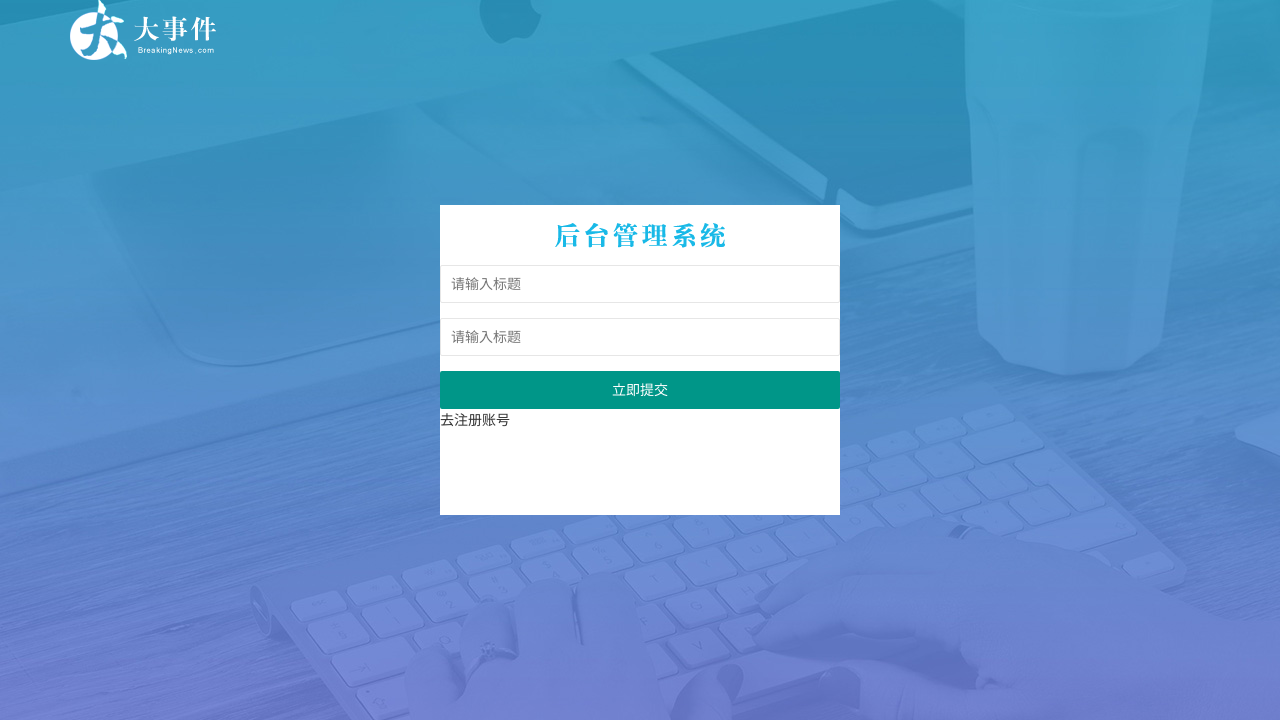
Repository: lithronmatic/web_bigbigevent
Page: login.html
An editor plug-in stored every save of this project. The page is shown before and after the next save, followed by the edit.
The browser window is 1280 px wide. The pictures show the whole page.

Above is the page before, as saved 2022-08-23 12:07:34.

### login.html
<!DOCTYPE html>
<html lang="en">

<head>
    <meta charset="UTF-8">
    <meta http-equiv="X-UA-Compatible" content="IE=edge">
    <meta name="viewport" content="width=device-width, initial-scale=1.0">
    <title>大事件-登录/注册</title>
    <link rel="stylesheet" href="/assets/lib/layui/css/layui.css">
    <link rel="stylesheet" href="./assets/css/login.css">
</head>

<body>
    <!-- 头部的logo区域 -->
    <div class="layui-main">
        <img src="./assets/images/logo.png" alt="">
    </div>

    <!-- 登录注册区域 -->
    <div class="loginAndRegBox">
        <div class="title-box"></div>
        <!-- 登录的div -->
        <div class="login-box">
            <!-- 登录的表单 -->
            <form class="layui-form" action="">
                <!-- 用户名 -->
                <div class="layui-form-item">
                    <input type="text" name="title" required lay-verify="required" placeholder="请输入标题"
                        autocomplete="off" class="layui-input">
                </div>
                <!-- 密码 -->
                <div class="layui-form-item">
                    <input type="text" name="title" required lay-verify="required" placeholder="请输入标题"
                        autocomplete="off" class="layui-input">
                </div>
                <!-- 登录按钮 -->
                <div>
                    <button class="layui-btn layui-btn-fluid" lay-submit lay-filter="formDemo">立即提交</button>
                </div>
            </form>
            <a href="javascript:;" id="link_reg">去注册账号</a>
        </div>
        <!-- 注册的div -->
        <div class="reg-box">
            <a href="javascript:;" id="link_login">去登录</a>
        </div>
    </div>

    <!-- 导入jq -->
    <script src="./assets/lib/jquery.js"></script>
    <!-- 导入自己的js -->
    <script src="./assets/js/login.js"></script>
</body>

</html>

### assets/css/login.css
/* html,body{
    margin:0;
    padding: 0;
    height:100%;
    width:100%;
    background: url(../images/login_bg.jpg) no-repeat center;
    background-size: cover;
}

.loginAndRegBox{
    width:400px;
    height: 310px;
    background-color: #fff;
    position:absolute;
    top:50%;
    left:50%;
    transform: translate(-50%,-50%);
}

.title-box{
    height:60px;
    background: url(../images/login_title.png) no-repeat center;
}

.reg-box{
    display: none;
}

.layui-form{
    padding: 0 30px;
}
.links{
    display: flex;
    justify-content: flex-end;
}
.links a{
    font-size: 12px;
}

.layui-form-item{
    position:relative;
}
.layui-icon{
    position: absolute;
    top:10px;
    left:10px;
}
.layui-input{
    padding-left:32px;
} */

html,body{
    padding: 0;
    margin: 0;
    width:100%;
    height:100%;
    background:url(../images/login_bg.jpg) no-repeat center;
    background-size: cover;
}
.loginAndRegBox{
    position:absolute;
    left:50%;
    top:50%;
    transform: translate(-50%,-50%);
    width:400px;
    height:310px;
    background-color: white;
}
.title-box{
    height:60px;
    background: url(../images/login_title.png) no-repeat center;
}
.reg-box{
    display: none;
}

### assets/js/login.js
// $(function(){
//     // 点击"去注册账号"的链接
//     $("#link_reg").on("click",function(){
//         $(".login-box").hide();
//         $(".reg-box").show();
//     });

//     // 点击"去登录"的链接
//     $("#link_login").on("click",function(){
//         $(".login-box").show();
//         $(".reg-box").hide();
//     })

//     // 从layui中获取form对象
//     var form = layui.form;
//     // 从layui中获取layer对象
//     var layer = layui.layer;
//     // 通过form.verify()函数自定义校验规则
//     form.verify({
//         // 自定义pwd校验规则
//         pwd: [
//             /^[\S]{6,12}$/
//             ,'密码必须6到12位，且不能出现空格'
//           ],
//         //   校验再次确认密码的规则
//         repwd:function(value,item){//value是表单的值
//             var pwd = $(".reg-box input[name=password]").val();
//             if(pwd!==value){
//                 return '两次密码不一致';
//             }
//         }
//     });

//     // 监听注册表单的提交事件
//     $("#form_reg").on("submit",function(e){
//         e.preventDefault();
//         $.post('/api/reguser',
//          {
//             username:$("#form_reg input[name=username]").val(),
//             password:$("#form_reg input[name=password]").val()
//          },
//         function(res){
//             if(res.status!=0){
//                 return layer.msg(res.message);
//             }
//             layer.msg('注册成功，请登录!');
//             // 模拟点击行为
//             $("#link_login").click();
//         })
//     })

//     // 监听登录表单的提交事件
//     $("#form_login").submit(function(e){
//         e.preventDefault();
//         // 快速获取表单中的数据
//         var data = $(this).serialize();
//         $.ajax({
//             method:'POST',
//             url:'/api/login',
//             data:data,
//             success:function(res){
//                 if(res.status!==0){
//                     return layer.msg(res.message);
//                 }
//                 layer.msg('登录成功!');
//                 // 将登录成功得到的token字符串，保存到localStorage
//                 localStorage.setItem('token',res.token);
//                 // 跳转到后台主页
//                 location.href = '/index.html'
//             }
//         })
//     })
// })

$(function(){
    // 点击去注册账号的链接
    $('#link_reg').on('click',function(){
        $('.login-box').hide();
        $('.reg-box').show();
    })
    // 点击去登录账号的链接
    $('#link_login').on('click',function(){
        $('.reg-box').hide();
        $('.login-box').show();
    })
})

Loaded but not shown: assets/lib/layui/css/layui.css (library); assets/lib/jquery.js (library)

After the next save:
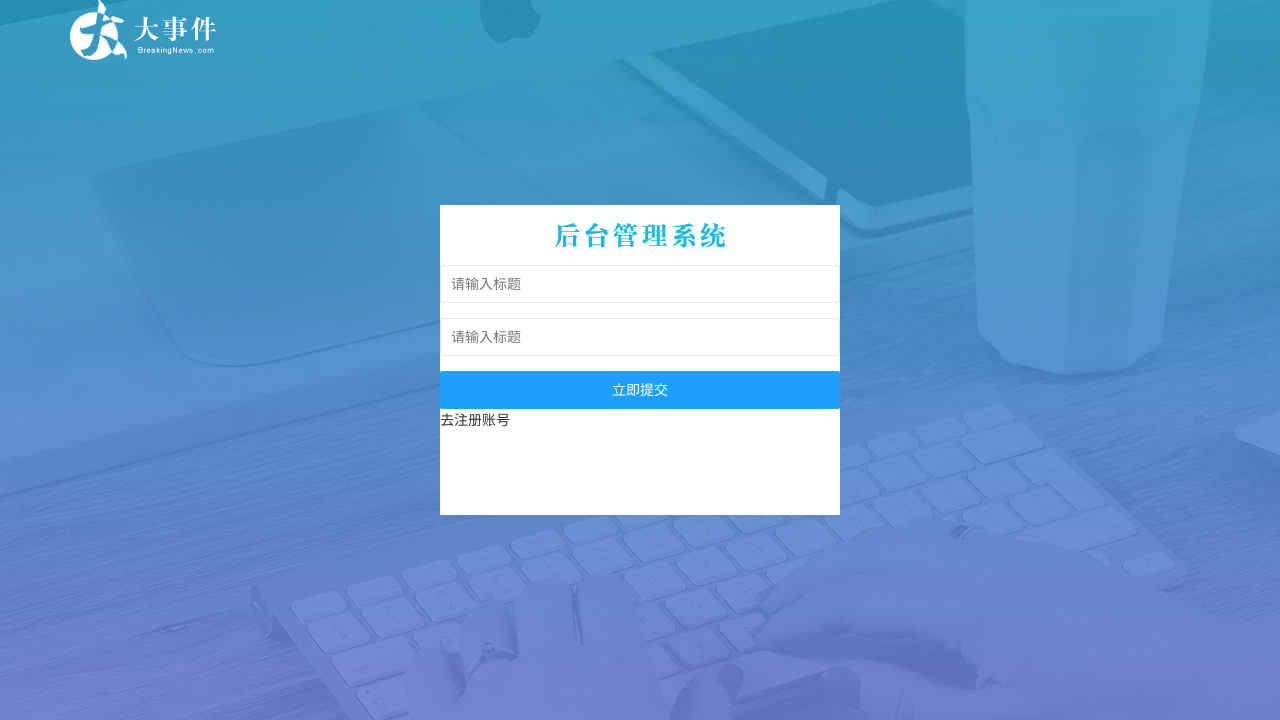
Saved 85 s later.
--- a/login.html
+++ b/login.html
@@ -35,7 +35,7 @@
                 </div>
                 <!-- 登录按钮 -->
                 <div>
-                    <button class="layui-btn layui-btn-fluid" lay-submit lay-filter="formDemo">立即提交</button>
+                    <button class="layui-btn layui-btn-fluid layui-btn-normal" lay-submit lay-filter="formDemo">立即提交</button>
                 </div>
             </form>
             <a href="javascript:;" id="link_reg">去注册账号</a>
